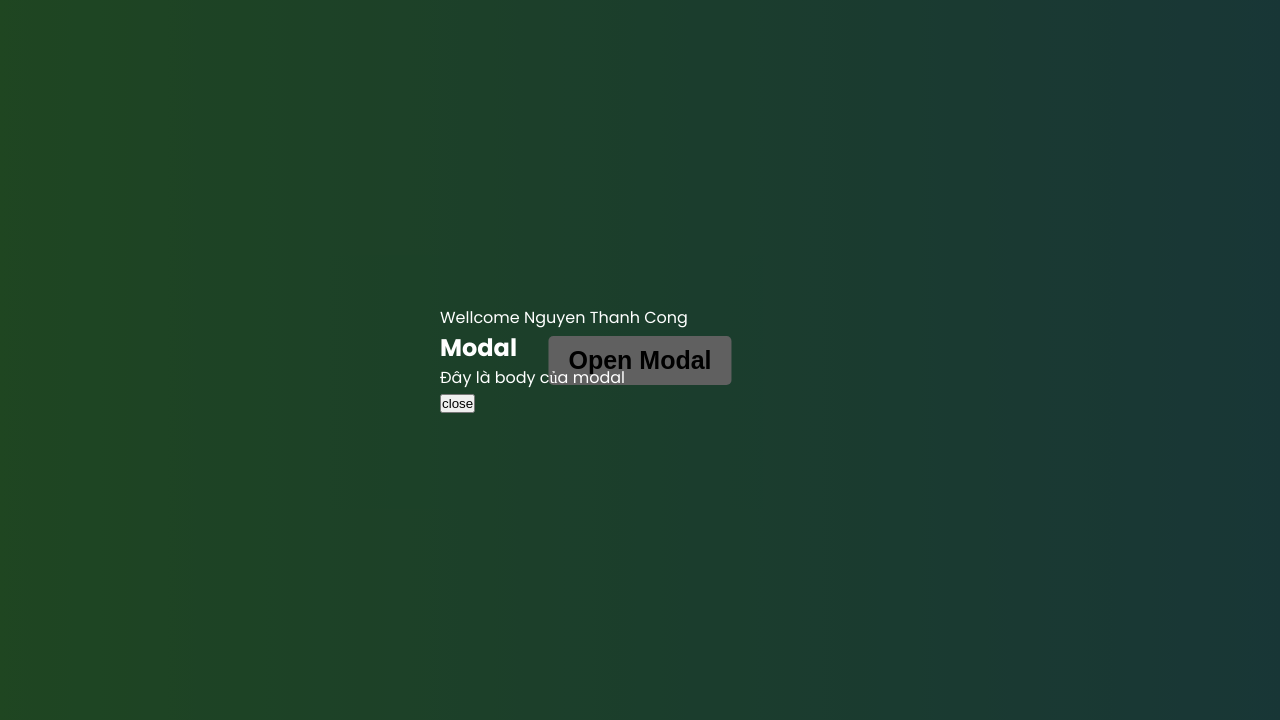
Repository: congnt98/Lean-javascript-in-project
Page: 30Days/3_Modal/index.html
An editor plug-in stored every save of this project. The page is shown before and after the next save, followed by the edit.
The browser window is 1280 px wide. The pictures show the whole page.

Above is the page before, as saved 2024-02-18 20:18:35.

### 30Days/3_Modal/index.html
<!DOCTYPE html>
<html lang="en">

<head>
    <meta charset="UTF-8">
    <meta name="viewport" content="width=device-width, initial-scale=1.0">
    <title>Product Card</title>
    <link rel="stylesheet" href="./style.css">
    <link href='https://unpkg.com/boxicons@2.1.4/css/boxicons.min.css' rel='stylesheet'>
    <link
        href="https://fonts.googleapis.com/css2?family=Poppins:ital,wght@0,100;0,200;0,300;0,400;0,500;0,600;0,700;0,800;0,900;1,100;1,200;1,300;1,400;1,500;1,600;1,700;1,800;1,900&display=swap"
        rel="stylesheet">
    <link rel="stylesheet" href="https://cdnjs.cloudflare.com/ajax/libs/font-awesome/6.5.1/css/all.min.css">
</head>

<body>
    <div class="warapper">
        <button class="btn-modal-open">
            Open Modal
        </button>
        <div class="modal">
            <div class="modal__inner">
                <div class="modal__header">Wellcome Nguyen Thanh Cong</div>
                <div class="modal__body">
                    <h2 class="title">Modal</h2>
                    <span>Đây là body của modal</span>
                </div>
                <div class="modal__footer">
                    <button class="btn-close">close</button>
                </div>
            </div>
        </div>
    </div>
    <script src="./app.js"></script>
</body>

</html>

### 30Days/3_Modal/style.css
:root {
    --pink-color: #f26a87;
}

* {
    margin: 0;
    padding: 0;
    box-sizing: border-box;
}

body {
    min-height: 100vh;
    background: linear-gradient(to right, #4daf54, #3d8888);
    display: flex;
    justify-content: center;
    align-items: center;
    font-family: "poppins";
}

.warapper {
    max-width: 1200px;
    margin: 0 auto;
    width: 100%;
}

.btn-modal-open {
    display: inline-block;
    position: relative;
    left: 50%;
    transform: translateX(-50%);
    padding: 10px 20px;
    border-radius: 5px;
    outline: none;
    border: none;
    font-size: 25px;
    font-weight: 700;
}

.modal {
    position: fixed;
    top: 0;
    right: 0;
    bottom: 0;
    left: 0;
    background-color: rgb(0, 0, 0, 0.6);
}

.modal__inner {
    width: 400px;
    position: relative;
    overflow: hidden;
    top: 50%;
    left: 50%;
    transform: translate(-50%, -50%);
    color: #fff;
    z-index: 1111;
}

.modal__header {}

.modal__body {}

.modal__footer {}

Loaded but not shown: 30Days/3_Modal/app.js (no copy from this time; the picture is the same without it)

After the next save:
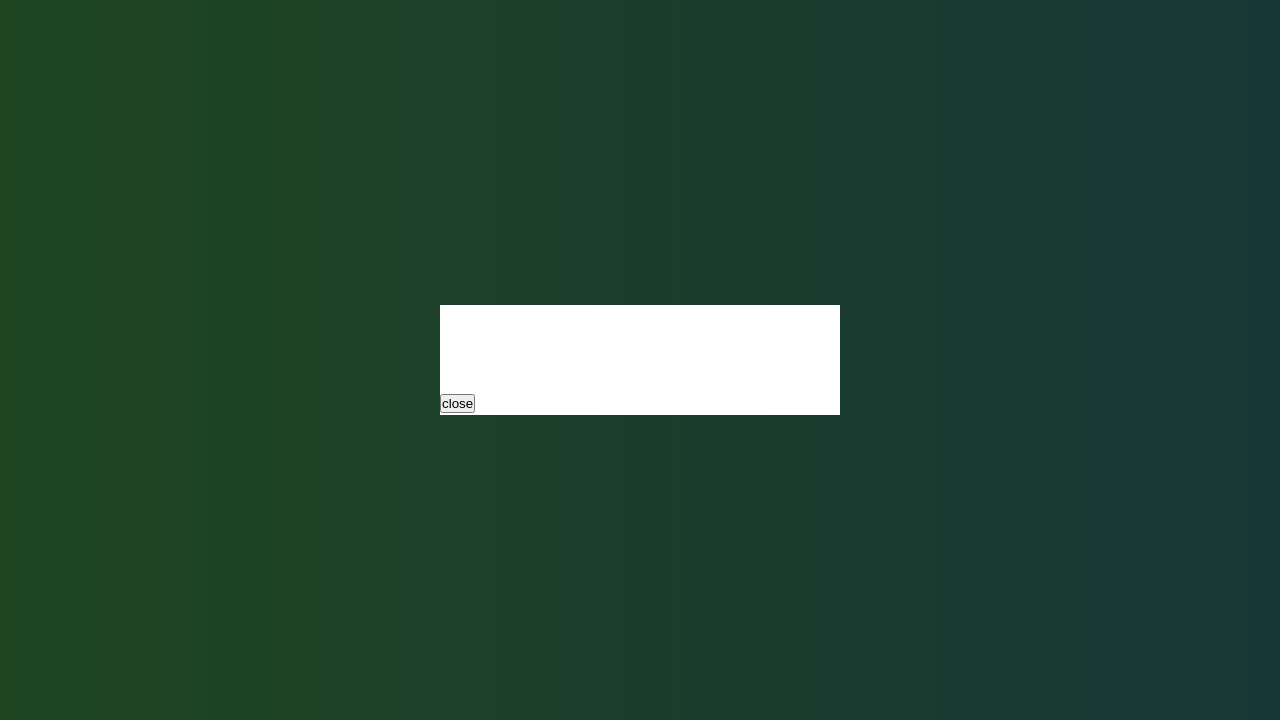
Saved 21 s later.
--- a/30Days/3_Modal/style.css
+++ b/30Days/3_Modal/style.css
@@ -54,6 +54,7 @@ body {
     transform: translate(-50%, -50%);
     color: #fff;
     z-index: 1111;
+    background-color: #fff;
 }
 
 .modal__header {}
